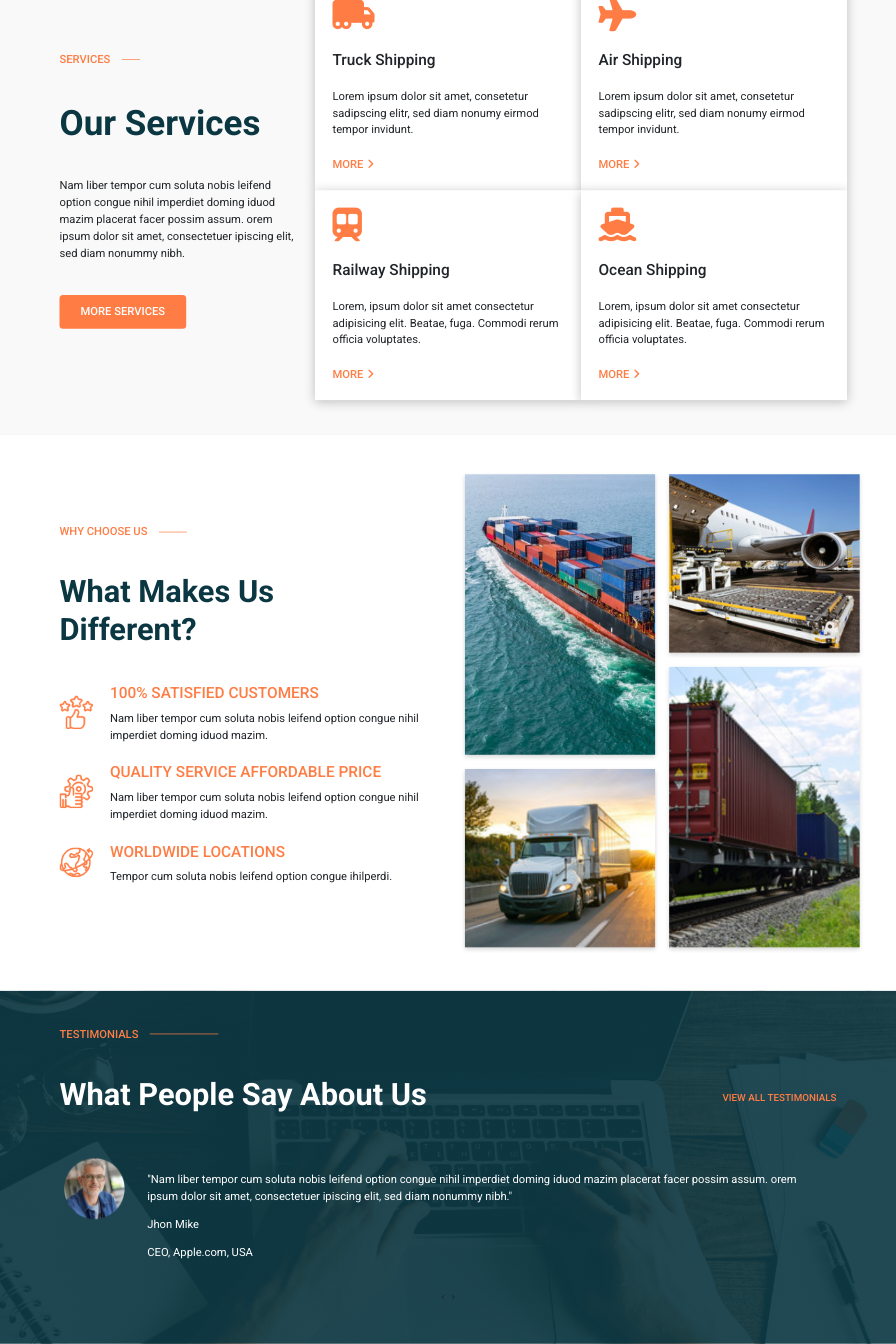
Repository: nazmulalok/shipping-theme
Page: index.html
The author's editor kept a copy of each file at every save. The page is drawn from the files as they stood at one save, then again after the next save.
The browser window is 1280 px wide. The pictures show the part of the page from y = 1791 to 3711 px (the page is 3711 px tall), at 70% of full size.
Some web libraries are served in a nearby version.

Above is the page before, as saved 2022-10-09 11:13:45.

### index.html
<!DOCTYPE html>
<html lang="en">

    <head>
        <meta charset="UTF-8">
        <meta http-equiv="X-UA-Compatible" content="IE=edge">
        <meta name="viewport" content="width=device-width, initial-scale=1.0">
        <link rel="preconnect" href="https://fonts.googleapis.com">
        <link rel="preconnect" href="https://fonts.gstatic.com" crossorigin>
        <link
            href="https://fonts.googleapis.com/css2?family=Roboto:ital,wght@0,300;0,400;0,500;0,700;0,900;1,300;1,400;1,500;1,700;1,900&display=swap"
            rel="stylesheet">
        <link rel="stylesheet"
            href="https://cdnjs.cloudflare.com/ajax/libs/OwlCarousel2/2.3.4/assets/owl.carousel.min.css"
            integrity="sha512-tS3S5qG0BlhnQROyJXvNjeEM4UpMXHrQfTGmbQ1gKmelCxlSEBUaxhRBj/EFTzpbP4RVSrpEikbmdJobCvhE3g=="
            crossorigin="anonymous" referrerpolicy="no-referrer" />
        <link rel="stylesheet"
            href="https://cdnjs.cloudflare.com/ajax/libs/OwlCarousel2/2.3.4/assets/owl.theme.default.min.css"
            integrity="sha512-sMXtMNL1zRzolHYKEujM2AqCLUR9F2C4/05cdbxjjLSRvMQIciEPCQZo++nk7go3BtSuK9kfa/s+a4f4i5pLkw=="
            crossorigin="anonymous" referrerpolicy="no-referrer" />
        <link rel="stylesheet" href="https://cdnjs.cloudflare.com/ajax/libs/font-awesome/6.2.0/css/all.min.css"
            integrity="sha512-xh6O/CkQoPOWDdYTDqeRdPCVd1SpvCA9XXcUnZS2FmJNp1coAFzvtCN9BmamE+4aHK8yyUHUSCcJHgXloTyT2A=="
            crossorigin="anonymous" referrerpolicy="no-referrer" />
        <link rel="stylesheet" href="https://cdn.jsdelivr.net/npm/bootstrap@4.0.0/dist/css/bootstrap.min.css"
            integrity="sha384-Gn5384xqQ1aoWXA+058RXPxPg6fy4IWvTNh0E263XmFcJlSAwiGgFAW/dAiS6JXm" crossorigin="anonymous">
        <link rel="stylesheet" href="style.css">
        <title>Document</title>
    </head>

    <body>
        <header class="header-top">
            <div class="container">
                <div class="top-bar">
                    <p class="m-0">Dolor sit amet, consetetur sadipscing elitr sed diam</p>
                    <div>
                        <span class="mr-4">Shipment Tracker</span>
                        <span>Login</span>
                    </div>
                </div>
                <div class="header-area">
                    <div class="logo">
                        <img src="images/shipping-logo.svg" alt="Shipping Logo">
                    </div>
                    <nav>
                        <ul>
                            <li><a href="#">Home</a></li>
                            <li><a href="#">About Us</a></li>
                            <li><a href="#">Service</a></li>
                            <li><a href="#">Project</a></li>
                            <li><a href="#">Blog</a></li>
                            <li><a href="#">News & Events</a></li>
                            <li><a href="#">Contact Us</a></li>
                        </ul>
                    </nav>
                    <div class="nav-btn">
                        <a class="common-btn mr-3" href="#">Get A Quote</a>
                        <i class="fa-solid fa-ellipsis-vertical"></i>
                    </div>
                </div>
            </div>
        </header>
        <!-- Slider -->
        <section>
            <div class="main-slider">
                <div class="container">
                    <div class="slide-content">
                        <div class="slide-text">
                            <div class="slider-title mb-4">Lorem ips<br>
                                dolor sit ametcon<br>
                                sadips cing</div>
                            <p>Nam liber tempor cum soluta nobis eleifend option</p>
                            <div class="sliderBtn mt-5"><a class="common-btn mr-4" href="#">Get Started Now</a><a
                                    class="common-btn outline-btn" href="#">Learn More</a></div>
                        </div>
                    </div>
                </div>
            </div>
        </section>
        <!-- Slider Ends -->
        <div class="common-sec">
            <div class="container">
                <div class="row align-items-center mb-5">
                    <div class="col-lg-6">
                        <h1 class="border-heading">Duis Autem Vel Eumri
                            Ure Dolor In Hend</h1>
                    </div>
                    <div class="col-lg-6">
                        <p class="ms-4">Nam liber tempor cum soluta nobis eleifend option congue nihil imperdiet doming
                            id quod mazim
                            placerat facer possim assum. Lorem ipsum dolor sit amet, consectetuer adipiscing.</p>
                    </div>
                </div>
                <div class="row mt-5">
                    <div class="col-lg-6">
                        <div class="video-box img-box img-shadow">
                            <img src="images/ship-products.jpg" alt="Ship Products" />
                            <a data-fancybox="" href="" class="video-btn">
                                <i class="fa fa-play"></i>
                            </a>
                        </div>
                        <div class="exp-section">
                            <div class="exp-title ml-4">
                                25
                            </div>
                            <div class="exp-paragraph">
                                Years <br>Experience <br>In It
                            </div>
                            <img src="images/exp-bg.png" alt="Experience">
                        </div>
                    </div>
                    <div class="col-lg-6">
                        <span class="sp-title">About Us</span>
                        <h2 class="mb-5">Lorem Ipsum Dolo
                            Sit Amet Conse</h2>
                        <p class="mb-5">Lorem ipsum dolor sit amet, consetetur sadipscing elitr, sed diam nonumy eirmod
                            tempor
                            invidunt.</p>
                        <div class="boxes">
                            <div class="common-box">
                                <div class="content">
                                    <i class="fa-solid fa-bullseye mb-4"></i>
                                    <div class="box-title mb-4">
                                        Our Mission
                                    </div>
                                    <p class="mb-4">Lorem, ipsum dolor sit amet consectetur adipisicing elit. Beatae,
                                        fuga. Commodi
                                        rerum
                                        officia voluptates.</p>
                                    <a href="#" class="more-btn">More</a>
                                </div>
                            </div>
                            <div class="common-box">
                                <div class="content">
                                    <i class="fa-regular fa-eye mb-4"></i>
                                    <div class="box-title mb-4">
                                        Our Vision
                                    </div>
                                    <p class="mb-4">Lorem, ipsum dolor sit amet consectetur adipisicing elit. Beatae,
                                        fuga. Commodi
                                        rerum
                                        officia voluptates.</p>
                                    <a href="#" class="more-btn">More</a>
                                </div>
                            </div>
                        </div>
                    </div>
                </div>
            </div>
        </div>
        <div class="common-sec service-sec">
            <div class="container">
                <div class="row align-items-center">
                    <div class="col-lg-4">
                        <span class="sp-title">Services</span>
                        <h2 class="mb-5">Our Services</h2>
                        <p class="mb-5">Nam liber tempor cum soluta nobis leifend option congue nihil imperdiet doming
                            iduod mazim placerat facer possim assum. orem ipsum dolor sit amet, consectetuer ipiscing
                            elit, sed diam nonummy nibh.</p>
                        <a href="#" class="common-btn">More Services</a>
                    </div>
                    <div class="col-lg-8">
                        <div class="row">
                            <div class="col-lg-6 p-0">
                                <div class="common-box">
                                    <div class="content">
                                        <i class="fa-solid fa-truck-moving mb-4"></i>
                                        <div class="box-title mb-4">
                                            Truck Shipping
                                        </div>
                                        <p class="mb-4">Lorem ipsum dolor sit amet, consetetur sadipscing elitr, sed
                                            diam nonumy eirmod tempor invidunt.</p>
                                        <a href="#" class="more-btn">More</a>
                                    </div>
                                </div>
                            </div>
                            <div class="col-lg-6 p-0">
                                <div class="common-box">
                                    <div class="content">
                                        <i class="fa-solid fa-plane mb-4"></i>
                                        <div class="box-title mb-4">
                                            Air Shipping
                                        </div>
                                        <p class="mb-4">Lorem ipsum dolor sit amet, consetetur sadipscing elitr, sed
                                            diam nonumy eirmod tempor invidunt.</p>
                                        <a href="#" class="more-btn">More</a>
                                    </div>
                                </div>
                            </div>
                            <div class="col-lg-6 p-0">
                                <div class="common-box">
                                    <div class="content">
                                        <i class="fa-solid fa-train-subway mb-4"></i>
                                        <div class="box-title mb-4">
                                            Railway Shipping
                                        </div>
                                        <p class="mb-4">Lorem, ipsum dolor sit amet consectetur adipisicing elit.
                                            Beatae,
                                            fuga. Commodi
                                            rerum
                                            officia voluptates.</p>
                                        <a href="#" class="more-btn">More</a>
                                    </div>
                                </div>
                            </div>
                            <div class="col-lg-6 p-0">
                                <div class="common-box">
                                    <div class="content">
                                        <i class="fa-solid fa-ship mb-4"></i>
                                        <div class="box-title mb-4">
                                            Ocean Shipping
                                        </div>
                                        <p class="mb-4">Lorem, ipsum dolor sit amet consectetur adipisicing elit.
                                            Beatae,
                                            fuga. Commodi
                                            rerum
                                            officia voluptates.</p>
                                        <a href="#" class="more-btn">More</a>
                                    </div>
                                </div>
                            </div>
                        </div>
                    </div>
                </div>
            </div>
        </div>
        <div class="common-sec why-choose-sec">
            <div class="container">
                <div class="row align-items-center">
                    <div class="col-lg-6">
                        <span class="sp-title">Why Choose Us</span>
                        <h3 class="mb-5">What Makes Us <br>
                            Different?</h3>
                        <div class="why-choose-box">
                            <div class="common-box d-flex align-items-center mb-4">
                                <div class="img-box mr-4">
                                    <img src="images/satisfied-customers.png" alt="Satisfied Customers">
                                </div>
                                <div>
                                    <div class="box-title mb-2">
                                        100% Satisfied Customers
                                    </div>
                                    <p>Nam liber tempor cum soluta nobis leifend option congue nihil imperdiet
                                        doming iduod mazim.</p>
                                </div>
                            </div>
                            <div class="common-box d-flex align-items-center mb-4">
                                <div class="img-box mr-4">
                                    <img src="images/quality-services.png" alt="Quality Services">
                                </div>
                                <div>
                                    <div class="box-title mb-2">
                                        Quality Service Affordable Price
                                    </div>
                                    <p>Nam liber tempor cum soluta nobis leifend option congue nihil imperdiet
                                        doming iduod mazim.</p>
                                </div>
                            </div>
                            <div class="common-box d-flex align-items-center mb-4">
                                <div class="img-box mr-4">
                                    <img src="images/worldwide-locations.png" alt="Worldwide Locations">
                                </div>
                                <div>
                                    <div class="box-title mb-2">
                                        Worldwide Locations
                                    </div>
                                    <p>Tempor cum soluta nobis leifend option congue ihilperdi.</p>
                                </div>
                            </div>
                        </div>
                    </div>
                    <div class="col-lg-6">
                        <div class="img-box">
                            <img src="images/why-choose-shipping.png" alt="Why Choose Shipping">
                        </div>
                    </div>
                </div>
            </div>
        </div>
        <div class="py-50 testimonial-sec">
            <div class="container">
                <span class="sp-title">Testimonials</span>
                <div class="testimonial-heading d-flex justify-content-between">
                    <h3>What People Say About Us</h3>
                    <span class="sp-title no-border">View All Testimonials</span>
                </div>



                <div class="owl-carousel owl-theme mt-5">
                    <div class="item">
                        <div class="common-box d-flex">
                            <div class="img-box">
                                <img src="images/testimonial-user.png" alt="User">
                            </div>
                            <div class="content">
                                <p>"Nam liber tempor cum soluta nobis leifend option congue nihil imperdiet doming iduod
                                    mazim placerat facer possim assum. orem ipsum dolor sit amet, consectetuer ipiscing
                                    elit, sed diam nonummy nibh."</p>
                                <div class="user-details">
                                    <p>Jhon Mike</p>
                                    <p>CEO, Apple.com, USA</p>
                                </div>
                            </div>
                        </div>
                    </div>
                    <div class="item">
                        <div class="common-box d-flex">
                            <div class="img-box">
                                <img src="images/testimonial-user.png" alt="User">
                            </div>
                            <div class="content">
                                <p>"Nam liber tempor cum soluta nobis leifend option congue nihil imperdiet doming iduod
                                    mazim placerat facer possim assum. orem ipsum dolor sit amet, consectetuer ipiscing
                                    elit, sed diam nonummy nibh."</p>
                                <div class="user-details">
                                    <p>Jhon Mike</p>
                                    <p>CEO, Apple.com, USA</p>
                                </div>
                            </div>
                        </div>
                    </div>
                    <div class="item">
                        <div class="common-box d-flex">
                            <div class="img-box">
                                <img src="images/testimonial-user.png" alt="User">
                            </div>
                            <div class="content">
                                <p>"Nam liber tempor cum soluta nobis leifend option congue nihil imperdiet doming iduod
                                    mazim placerat facer possim assum. orem ipsum dolor sit amet, consectetuer ipiscing
                                    elit, sed diam nonummy nibh."</p>
                                <div class="user-details">
                                    <p>Jhon Mike</p>
                                    <p>CEO, Apple.com, USA</p>
                                </div>
                            </div>
                        </div>
                    </div>
                </div>
            </div>
        </div>














        <script src="https://code.jquery.com/jquery-3.2.1.slim.min.js"
            integrity="sha384-KJ3o2DKtIkvYIK3UENzmM7KCkRr/rE9/Qpg6aAZGJwFDMVNA/GpGFF93hXpG5KkN"
            crossorigin="anonymous"></script>
        <script src="https://cdn.jsdelivr.net/npm/popper.js@1.12.9/dist/umd/popper.min.js"
            integrity="sha384-ApNbgh9B+Y1QKtv3Rn7W3mgPxhU9K/ScQsAP7hUibX39j7fakFPskvXusvfa0b4Q"
            crossorigin="anonymous"></script>
        <script src="https://cdn.jsdelivr.net/npm/bootstrap@4.0.0/dist/js/bootstrap.min.js"
            integrity="sha384-JZR6Spejh4U02d8jOt6vLEHfe/JQGiRRSQQxSfFWpi1MquVdAyjUar5+76PVCmYl"
            crossorigin="anonymous"></script>
        <script src="https://cdnjs.cloudflare.com/ajax/libs/jquery/3.6.1/jquery.min.js"
            integrity="sha512-aVKKRRi/Q/YV+4mjoKBsE4x3H+BkegoM/em46NNlCqNTmUYADjBbeNefNxYV7giUp0VxICtqdrbqU7iVaeZNXA=="
            crossorigin="anonymous" referrerpolicy="no-referrer"></script>
        <script src="https://cdnjs.cloudflare.com/ajax/libs/OwlCarousel2/2.3.4/owl.carousel.min.js"
            integrity="sha512-bPs7Ae6pVvhOSiIcyUClR7/q2OAsRiovw4vAkX+zJbw3ShAeeqezq50RIIcIURq7Oa20rW2n2q+fyXBNcU9lrw=="
            crossorigin="anonymous" referrerpolicy="no-referrer"></script>
        <script src="script.js"></script>
    </body>

</html>

Loaded but not shown: script.js (21 lines, source omitted); style.css (511 lines, source omitted)

After the next save:
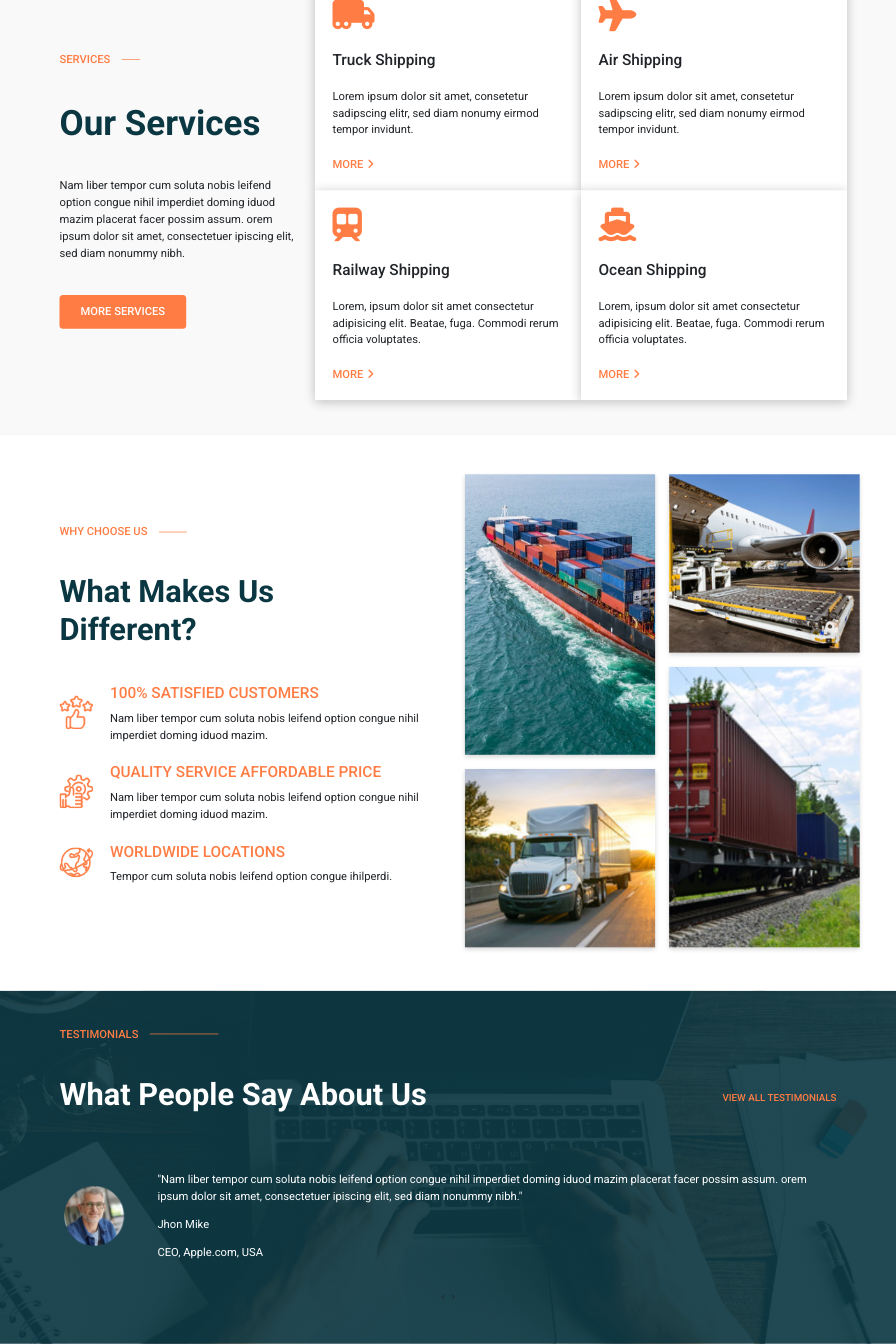
Saved 5 min 5 s later.
--- a/index.html
+++ b/index.html
@@ -288,8 +288,8 @@
 
                 <div class="owl-carousel owl-theme mt-5">
                     <div class="item">
-                        <div class="common-box d-flex">
-                            <div class="img-box">
+                        <div class="common-box d-flex align-items-center">
+                            <div class="img-box mr-3">
                                 <img src="images/testimonial-user.png" alt="User">
                             </div>
                             <div class="content">
@@ -304,8 +304,8 @@
                         </div>
                     </div>
                     <div class="item">
-                        <div class="common-box d-flex">
-                            <div class="img-box">
+                        <div class="common-box d-flex align-items-center">
+                            <div class="img-box mr-3">
                                 <img src="images/testimonial-user.png" alt="User">
                             </div>
                             <div class="content">
@@ -320,8 +320,8 @@
                         </div>
                     </div>
                     <div class="item">
-                        <div class="common-box d-flex">
-                            <div class="img-box">
+                        <div class="common-box d-flex align-items-center">
+                            <div class="img-box mr-3">
                                 <img src="images/testimonial-user.png" alt="User">
                             </div>
                             <div class="content">
